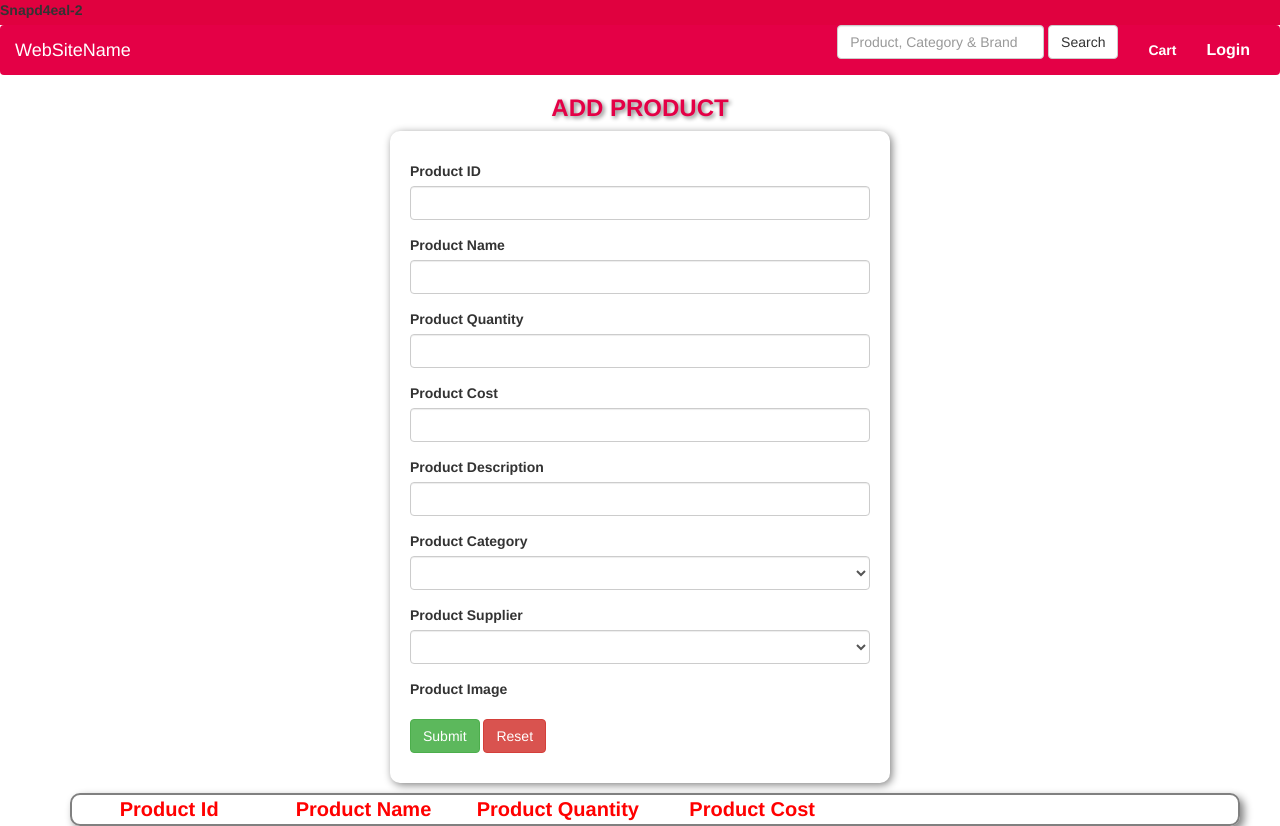
Repository: Aryans26/project
Page: http://localhost/frontend/WEB-INF/views/addproduct.jsp
An editor plug-in stored every save of this project. The page is shown before and after the next save, followed by the edit.
The browser window is 1280 px wide. The pictures show the whole page.
Some web libraries are served in a nearby version. The page is served by Tomcat 9. Nobody is signed in. The template is opened directly, without the code that normally fills it, so the values that code supplies are empty.

Above is the page before, as saved 2017-06-19 07:59:24.

After the next save:
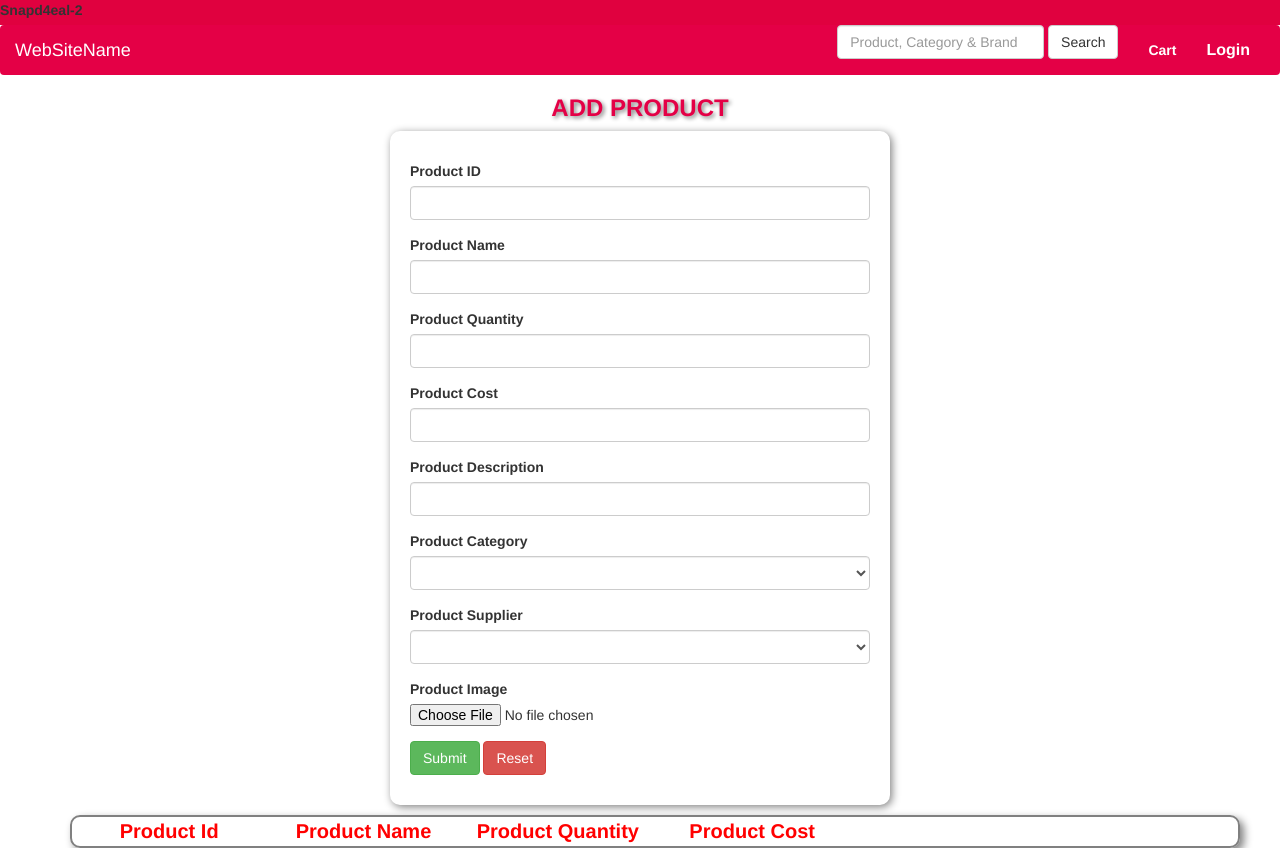
Saved 28 min 2 s later.
--- a/frontend/src/main/webapp/WEB-INF/views/addproduct.jsp
+++ b/frontend/src/main/webapp/WEB-INF/views/addproduct.jsp
@@ -61,7 +61,7 @@
 			</div>
 			<div class="form-group">
 				<label for="des">Product Image</label>
-<%-- 			<form:input path="pimg" type="file" name="image" value="upload file"/> --%>
+			<form:input path="pimg" type="file" name="image" value="upload file"/>
 			</div>
 
 			<button type="submit" class="btn btn-success" value="save">Submit</button>
